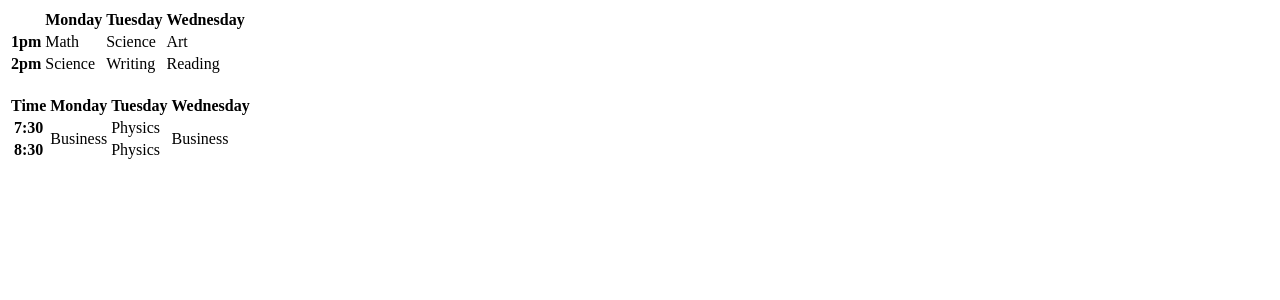
Repository: jefflai0412/website_design
Page: task1.html
The author's editor kept a copy of each file at every save. The page is drawn from the files as they stood at one save, then again after the next save.
The browser window is 1280 px wide. The pictures show the whole page.

Above is the page before, as saved 2024-10-18 13:38:13.

After the next save:
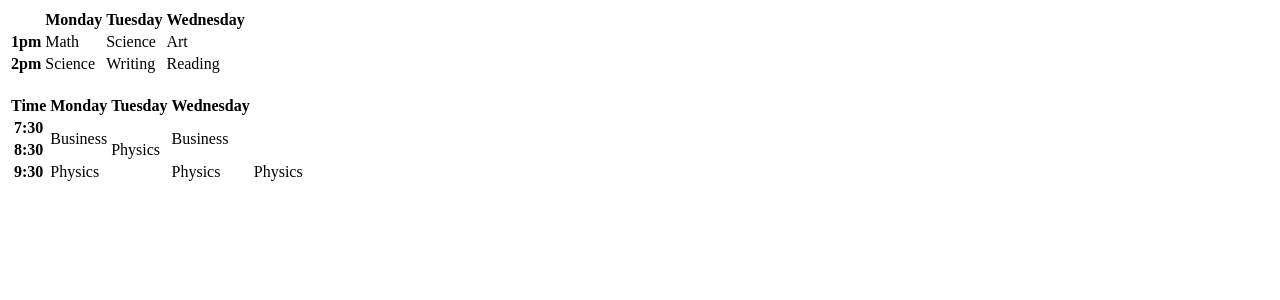
Saved 28 s later.
--- a/task1.html
+++ b/task1.html
@@ -41,12 +41,18 @@
         <tr>
             <th scope="row">7:30</th>
             <td rowspan="2">Business</td>
-            <td rowspan="">Physics</td>
+            <td rowspan="3">Physics</td>
             <td rowspan="2">Business</td>
         </tr>
         <tr>
             <th scope="row">8:30</th>
-            <td>Physics</td>
+            <td></td>
+        </tr>
+        <tr>
+            <th scope="row">9:30</th>
+            <td rowspan="2">Physics</td>
+            <td rowspan="3">Physics</td>
+            <td rowspan="2">Physics</td>
         </tr>
     </table>
 </body>
